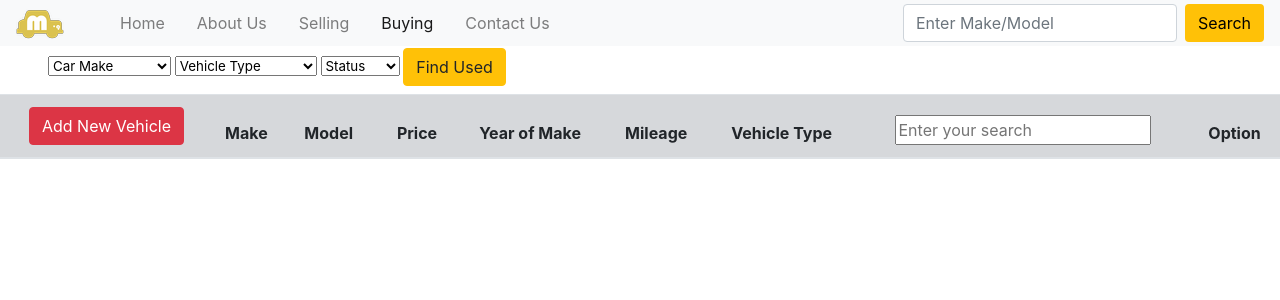
Repository: 99Ace/Project3-car-listing
Page: http://localhost/
The author's editor kept a record of every edit. The page is drawn from the files as they stood at one moment, then again after the next edit.
The browser window is 1280 px wide. The pictures show the whole page.
Some web libraries are served in a nearby version. The page is served by the project's application, run on Flask 3 (app.py). Queries for data that is not in the repository find no rows.

Above is the page before.

After the next edit:
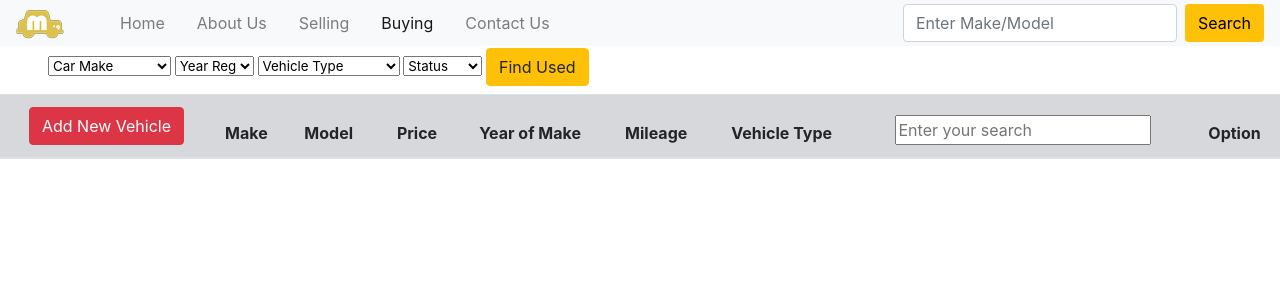
The edit:
--- a/templates/index.html
+++ b/templates/index.html
@@ -81,30 +81,30 @@
             <!--                <option value="0">Any</option>                    -->
             <!--            </select>-->
             <!--To allow user to select his choice of age of cars to view -->
-            <!--<select name="search-year-of-make">-->
-            <!--                <option value="0">Year Reg</option>    -->
-            <!--                <option value="2019">2019</option>                    -->
-            <!--                <option value="2018">2018</option>                    -->
-            <!--                <option value="2017">2017</option>                    -->
-            <!--                <option value="2016">2016</option>                    -->
-            <!--                <option value="2015">2015</option>                    -->
-            <!--                <option value="2014">2014</option>                    -->
-            <!--                <option value="2013">2013</option>   -->
-            <!--                <option value="2012">2012</option>                    -->
-            <!--                <option value="2011">2011</option>                    -->
-            <!--                <option value="2010">2010</option>                    -->
-            <!--                <option value="2009">2009</option>                    -->
-            <!--                <option value="2008">2008</option>                    -->
-            <!--                <option value="2007">2007</option>                    -->
-            <!--                <option value="2006">2006</option>                    -->
-            <!--                <option value="2005">2005</option>                    -->
-            <!--                <option value="2004">2004</option>                    -->
-            <!--                <option value="2003">2003</option>                    -->
-            <!--                <option value="2002">2002</option>                    -->
-            <!--                <option value="2001">2001</option>                    -->
-            <!--                <option value="2000">2000</option>                    -->
-            <!--                <option value="0">All</option>                    -->
-            <!--            </select>-->
+            <select name="search-year-of-make">
+                            <option value="0">Year Reg</option>
+                            <option value="2019">2019</option>
+                            <option value="2018">2018</option>
+                            <option value="2017">2017</option>
+                            <option value="2016">2016</option>
+                            <option value="2015">2015</option>
+                            <option value="2014">2014</option>
+                            <option value="2013">2013</option>
+                            <option value="2012">2012</option>
+                            <option value="2011">2011</option>
+                            <option value="2010">2010</option>
+                            <option value="2009">2009</option>
+                            <option value="2008">2008</option>
+                            <option value="2007">2007</option>
+                            <option value="2006">2006</option>
+                            <option value="2005">2005</option>
+                            <option value="2004">2004</option>
+                            <option value="2003">2003</option>
+                            <option value="2002">2002</option>
+                            <option value="2001">2001</option>
+                            <option value="2000">2000</option>
+                            <option value="0">All</option>
+                        </select>
             <!--To allow user to select his choice of type of cars to view -->
             <select name="search-car-type">
                           <option value="all">Vehicle Type</option>
